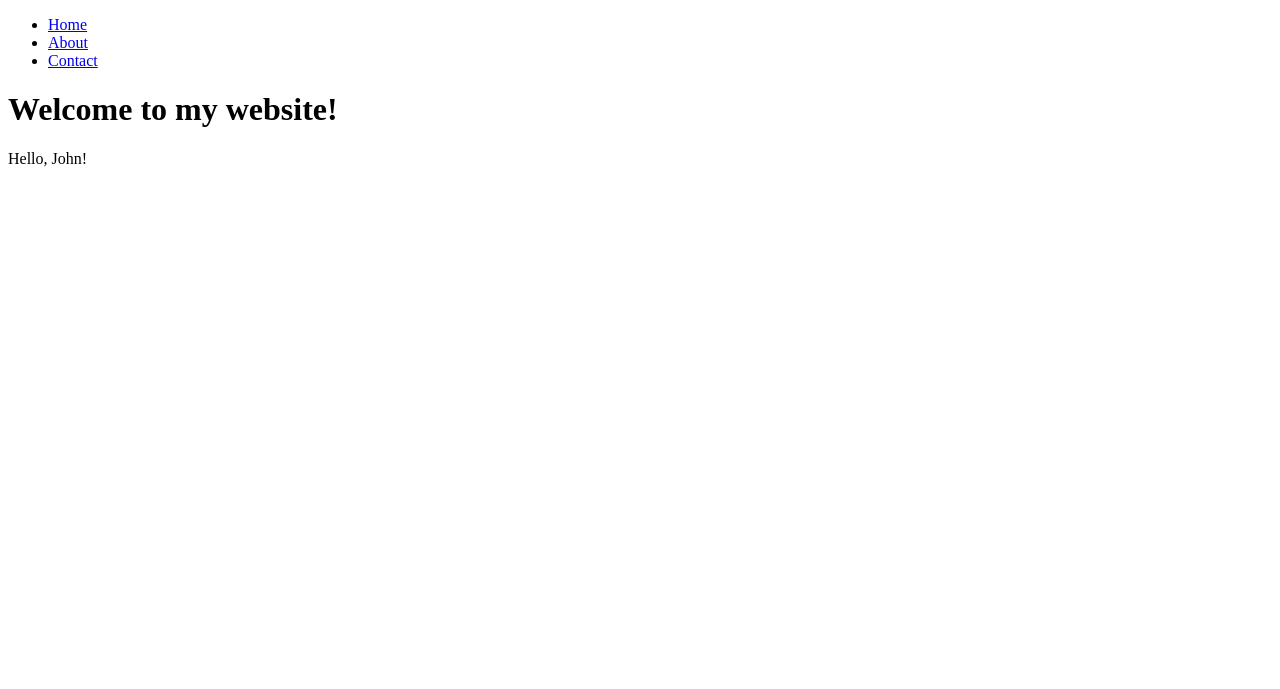
Repository: AvinashLikesToLearnNewStuff/TravelForm
Page: http://localhost/
These files come from the project's save history. The page is drawn as it stood at one moment and after the next save; the edit follows.
The browser window is 1280 px wide. The pictures show the whole page.
The page is run by PHP 8.4 with error messages shown; the project is at /var/www/html/.

Above is the page before, as saved 2023-03-17 11:43:28.
Not found: script.js
Not found: style.css

### index.php
<!DOCTYPE html>
<html>

<head>
    <title>My Web Application</title>
    <link rel="stylesheet" href="style.css">
</head>

<body>
    <nav>
        <ul>
            <li><a href="/">Home</a></li>
            <li><a href="/about.php">About</a></li>
            <li><a href="/contact.php">Contact</a></li>
        </ul>
    </nav>

    <main>
        <h1>Welcome to my website!</h1>

        <?php
			// Example PHP code
			$name = "John";
			echo "<p>Hello, $name!</p>";
		?>
    </main>

    <script src="script.js"></script>
</body>

</html>

After the next save:
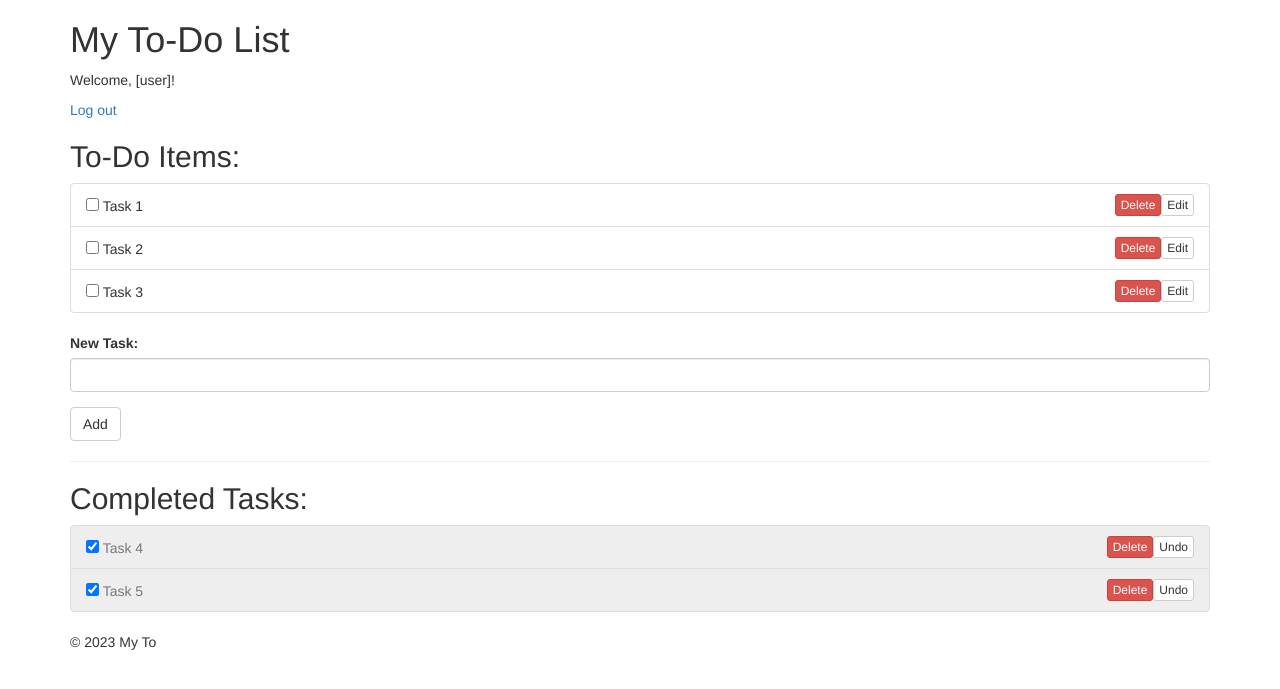
Saved 14 min 32 s later.
--- a/index.php
+++ b/index.php
@@ -2,30 +2,59 @@
 <html>
 
 <head>
-    <title>My Web Application</title>
-    <link rel="stylesheet" href="style.css">
+    <title>My To-Do List App</title>
+    <link rel="stylesheet" href="https://maxcdn.bootstrapcdn.com/bootstrap/3.3.7/css/bootstrap.min.css">
+    <script src="https://ajax.googleapis.com/ajax/libs/jquery/3.5.1/jquery.min.js"></script>
+    <script src="https://maxcdn.bootstrapcdn.com/bootstrap/3.3.7/js/bootstrap.min.js"></script>
 </head>
 
 <body>
-    <nav>
-        <ul>
-            <li><a href="/">Home</a></li>
-            <li><a href="/about.php">About</a></li>
-            <li><a href="/contact.php">Contact</a></li>
-        </ul>
-    </nav>
-
-    <main>
-        <h1>Welcome to my website!</h1>
-
-        <?php
-			// Example PHP code
-			$name = "John";
-			echo "<p>Hello, $name!</p>";
-		?>
-    </main>
-
-    <script src="script.js"></script>
-</body>
-
-</html>
+    <div class="container">
+        <div class="header">
+            <h1>My To-Do List</h1>
+            <p>Welcome, [user]!</p>
+            <a href="#">Log out</a>
+        </div>
+        <div class="content">
+            <h2>To-Do Items:</h2>
+            <ul class="list-group">
+                <li class="list-group-item">
+                    <input type="checkbox"> Task 1
+                    <a href="#" class="btn btn-default btn-xs pull-right">Edit</a>
+                    <a href="#" class="btn btn-danger btn-xs pull-right">Delete</a>
+                </li>
+                <li class="list-group-item">
+                    <input type="checkbox"> Task 2
+                    <a href="#" class="btn btn-default btn-xs pull-right">Edit</a>
+                    <a href="#" class="btn btn-danger btn-xs pull-right">Delete</a>
+                </li>
+                <li class="list-group-item">
+                    <input type="checkbox"> Task 3
+                    <a href="#" class="btn btn-default btn-xs pull-right">Edit</a>
+                    <a href="#" class="btn btn-danger btn-xs pull-right">Delete</a>
+                </li>
+            </ul>
+            <form>
+                <div class="form-group">
+                    <label for="task">New Task:</label>
+                    <input type="text" class="form-control" id="task">
+                </div>
+                <button type="submit" class="btn btn-default">Add</button>
+            </form>
+            <hr>
+            <h2>Completed Tasks:</h2>
+            <ul class="list-group">
+                <li class="list-group-item disabled">
+                    <input type="checkbox" checked> Task 4
+                    <a href="#" class="btn btn-default btn-xs pull-right">Undo</a>
+                    <a href="#" class="btn btn-danger btn-xs pull-right">Delete</a>
+                </li>
+                <li class="list-group-item disabled">
+                    <input type="checkbox" checked> Task 5
+                    <a href="#" class="btn btn-default btn-xs pull-right">Undo</a>
+                    <a href="#" class="btn btn-danger btn-xs pull-right">Delete</a>
+                </li>
+            </ul>
+        </div>
+        <div class="footer">
+            <p>&copy; 2023 My To
